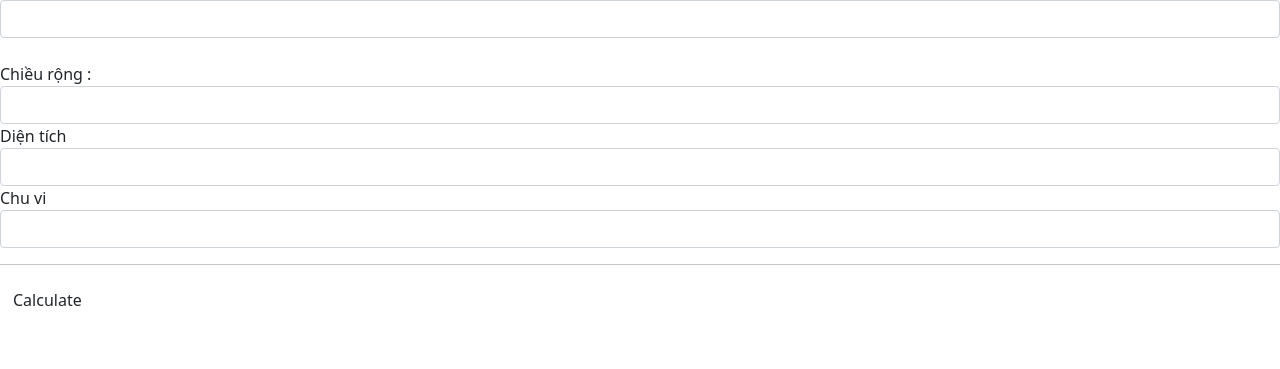
Repository: OanhBuonNgu/Lab4_AngularJS
Page: lab4.4.html
These files come from the project's save history. The page is drawn as it stood at one moment and after the next save; the edit follows.
The browser window is 1280 px wide. The pictures show the whole page.

Above is the page before, as saved 2022-07-22 12:36:56.

After the next save:
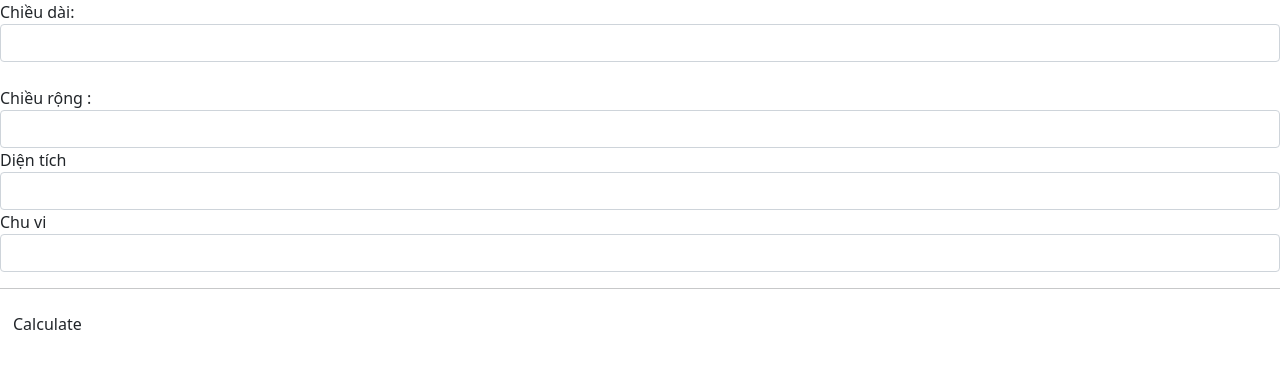
Saved 16 s later.
--- a/lab4.4.html
+++ b/lab4.4.html
@@ -12,6 +12,7 @@
 
 <body ng-app="myApp">
     <div ng-controller="info">
+        Chiều dài:
         <input type="text" ng-model="cd" class="form-control" />
         <br/> Chiều rộng : <input type="text" ng-model="cr" class="form-control" />
         <label for="">Diện tích</label>
